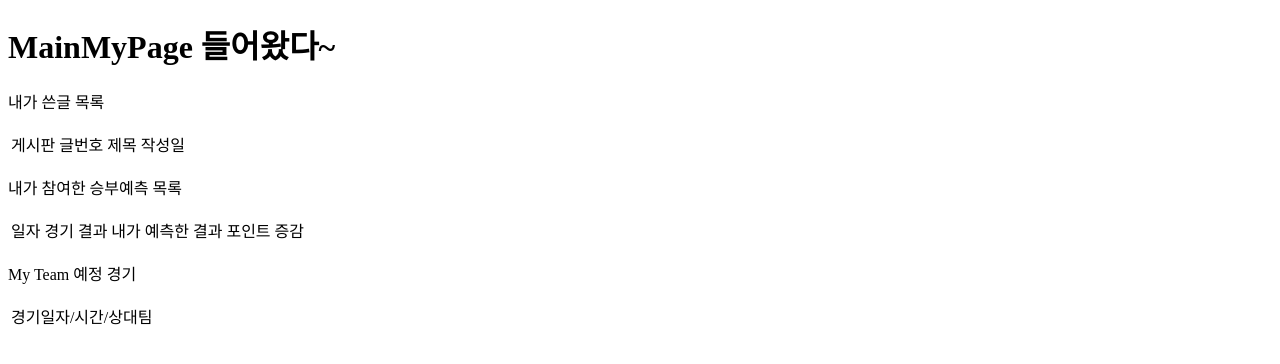
Repository: banana1531/ggs
Page: http://localhost/ggs/WEB-INF/views/myPage/mainMypage.jsp
An editor plug-in stored every save of this project. The page is shown before and after the next save, followed by the edit.
The browser window is 1280 px wide. The pictures show the whole page.
The page is served by Tomcat 9. Nobody is signed in. The template is opened directly, without the code that normally fills it, so the values that code supplies are empty.

Above is the page before, as saved 2020-07-04 06:49:04.

After the next save:
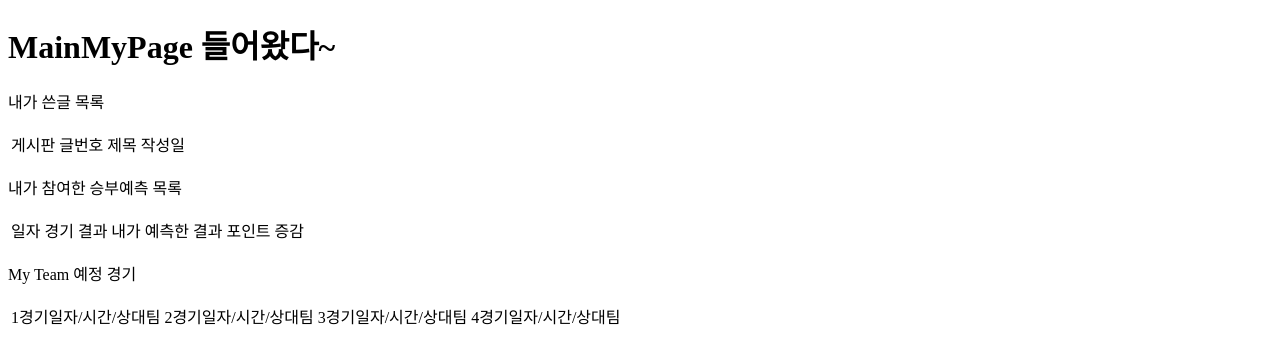
Saved 20 s later.
--- a/99s/ggs/src/main/webapp/WEB-INF/views/myPage/mainMypage.jsp
+++ b/99s/ggs/src/main/webapp/WEB-INF/views/myPage/mainMypage.jsp
@@ -44,7 +44,10 @@
 		<p>My Team 예정 경기</p>
 		<table class="table">
 			<tr>
-				<td>경기일자/시간/상대팀</td>
+				<td>1경기일자/시간/상대팀</td>
+				<td>2경기일자/시간/상대팀</td>
+				<td>3경기일자/시간/상대팀</td>
+				<td>4경기일자/시간/상대팀</td>
 			</tr>
 
 		</table>
